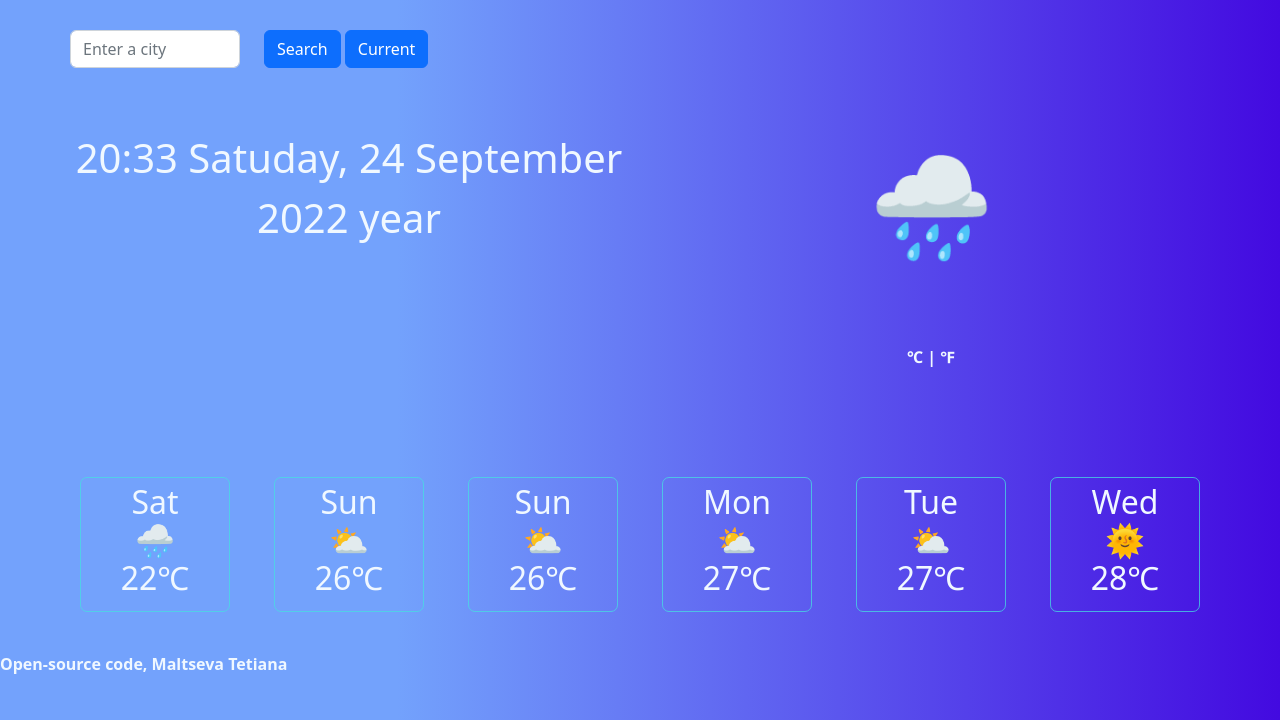
Repository: TetianaMaltseva/weather-maltseva
Page: index.html
The author's editor kept a copy of each file at every save. The page is drawn from the files as they stood at one save, then again after the next save.
The browser window is 1280 px wide. The pictures show the whole page.
The page's requests for data from a server got no answer.

Above is the page before, as saved 2022-10-02 16:47:47.
Console error (its wording comes from the project's code and is left out).

### index.html
<!DOCTYPE html>
<html lang="en">
  <head>
    <meta charset="UTF-8" />
    <meta http-equiv="X-UA-Compatible" content="IE=edge" />
    <meta name="viewport" content="width=device-width, initial-scale=1.0" />
    <script src="https://unpkg.com/axios/dist/axios.min.js"></script>
    <title>Weather</title>
    <link
      href="https://cdn.jsdelivr.net/npm/bootstrap@5.2.0/dist/css/bootstrap.min.css"
      rel="stylesheet"
      integrity="sha384-gH2yIJqKdNHPEq0n4Mqa/HGKIhSkIHeL5AyhkYV8i59U5AR6csBvApHHNl/vI1Bx"
      crossorigin="anonymous"
    />
    <link rel="stylesheet" href="style.css" />
  </head>
  <body>
<section class="header">
    <div class="container">
        <div class="row">
            <div class="col-xl-4">
                <form class="feedback_form" id="form_city">
                    <div class="row">
                        <div class="col-6">
                            <div class="text_city">
                                <input type="text" class="form-control" id="input_city" placeholder="Enter a city"  aria-label="Input group example" aria-describedby="btnGroupAddon">
                             </div>
                        </div>
                        <div class="col-6">
                             <div class="button_city">
                                 <input class="btn btn-primary" type="submit" value="Search">
                                 <button type="button" class="btn btn-primary" id="geolocation">Current</button>
                            </div>
                        </div>
                </div>
                </form>
                <div class="button_geolocation">


               </div>
            </div>
            <div class="col-xl-8"></div>
        </div>
    </div>
</section>
<section class="main">
    <div class="container">
        <div class="row">
            <div class="col-6">
                <div class="weather">
                    <div id="current_town"></div>
                    <div id="current_date"></div>
                </div>
            </div>
            <div class="col-6">
                <div class="current_weather">
                    <div class="emoji" id="emoji">🌧</div>
                    <div class="number" id="num"></div>
                     <span id="temperature" class="temperature"></span>
                     <a href="#"id="sels">℃</a> |
                     <a href="#" id="fahr">℉</a>
                    <p id="description">
                    </p>
                </div>
            </div>
        </div>
    </div>
</section>
<section class="footer">
    <div class="container">
        <div class="row">
            <div class="col-2">
                <div class="sat">
                    <h2>
                      Sat <br />
                      🌧<br />
                      22℃
                    </h2>
                </div>
            </div>
            <div class="col-2">
                <div class="sun">
                    <h2>
                      Sun <br />
                      ⛅ <br />
                      26℃
                    </h2>
                  </div>
            </div>
            <div class="col-2">
                <div class="sun">
                    <h2>
                      Sun <br />
                      ⛅ <br />
                      26℃
                    </h2>
                </div>
            </div>
            <div class="col-2">
                <div class="mon">
                    <h2>
                      Mon <br />
                      ⛅ <br />
                      27℃
                    </h2>
                </div>
            </div>
            <div class="col-2">
                <div class="tue">
                    <h2>
                      Tue <br />
                      ⛅ <br />
                      27℃
                    </h2>
                </div>
            </div>
            <div class="col-2">
                <div class="wed">
                    <h2>
                      Wed <br />
                      🌞 <br />
                      28℃
                    </h2>
                </div>
            </div>
        </div>
    </div>
</section>
<section class="link">
   <div>
    <a href="https://github.com/TetianaMaltseva/weather-maltseva.git">Open-source code,</a>
   Maltseva Tetiana</div>
</section>
    <script src="appw.js" defer></script>
</body>
</html>

### style.css
body{
    background: linear-gradient(90deg, rgb(115, 162, 252) 31%, rgb(67, 10, 224) 100%);
    color: #f0f8ff;
    font-weight: bold;

}
a{
    text-decoration: none;
    color: #f0f8ff;
}
.container{
    padding: 30px 0 30px 0;
}
.weather,.current_weather {
    text-align: center;
}
#current_town,.emoji{
    font-size: 100px;
}
.number,.temperature,.fahrenheit{
    display: inline;
    font-size: 75px;
    font-weight: 200;
}
#current_date{
    font-size: 40px;
    font-weight: 200;
}

.submit {
    border: 1px solid rgba(71, 81, 226, 0.74);
    color: blue;
    transition: all 3ms ease-in-out;
  }
  .submit:hover {
    border: 2px solid blue;
    color: rgb(3, 3, 109);
  }
  .sat,.sun,.mon, .tue,.wed {
    text-align: center;
    padding: 5px;
    margin: 10px;
    border: 1px solid rgba(71, 221, 226, 0.74);
    border-radius: 7px;
  }
  .link{
    text-align: left;
  }

### appw.js
let now = new Date();
let days = [
    'Sunday',
    'Monday',
    'Tuesday',
    'Wednesday',
    'Thursday',
    'Friday',
    'Satuday']
let day = days[now.getUTCDay()];
let date = now.getDate();
let months = [
    'January',
    'February',
    'March',
    'April',
    'May',
    'June',
    'July',
    'August',
    'September',
    'October',
    'November',
    'December']
let month = months[now.getUTCMonth()];
let year = now.getFullYear();
let hours = now.getUTCHours();
let minutes = now.getUTCMinutes();

hours = (hours < 10) ? '0' + hours : hours;
minutes = (minutes < 10) ? '0' + minutes : minutes;

let currentDate = document.querySelector("#current_date");
currentDate.innerHTML = ` ${hours}:${minutes} ${day}, ${date} ${month} ${year} year `; //  пятница, 2 сентября


function showWeather(response){
    //  console.log(response.data);
    temperatureCelsius = response.data.main.temp;

    document.querySelector("#current_town").innerHTML = response.data.name;
    document.querySelector('#temperature').innerHTML = Math.round(response.data.main.temp);
    document.querySelector('#description').innerHTML = response.data.weather[0].description;
  //  document.querySelector('#emoji').setAttributesetAttribute("src", `http://openweathermap.org/img/wn/${response.data.weather[0].icon}@2x.png`);

    getForecast(response.data.coord);
    }
    function getForecast(coordinates) {
      console.log(coordinates);
      let units = 'metric';
      let apiKey = '4edb0a7a27b92eb939536e22c879746a';
      let apiUrl = `https://api.openweathermap.org/data/2.5/onecall?lat=${coordinates.lat}&lon=${coordinates.lon}&appid=${apiKey}&units=${units}`;
      axios.get(apiUrl).then(displayForecast);
  }

    function searchCity(city) {
      let units = "metric";
      let apiKey = '4edb0a7a27b92eb939536e22c879746a';
      let apiUrl = `https://api.openweathermap.org/data/2.5/weather?q=${city}&appid=${apiKey}&units=${units}`;
      axios.get(apiUrl).then(showWeather);
  }
  function showCity(event) {
    event.preventDefault();
    let city = document.querySelector("#input_city").value;
    searchCity(city);
   }

     let form = document.querySelector("#form_city");
     form.addEventListener("submit", showCity);

     searchCity('Berlin');


     // geolocation

  function showLocation(position) {
    let currentLatitude = position.coords.latitude;
    let currentLongitude = position.coords.longitude;
    let units = "metric";
    let apiKey = '4edb0a7a27b92eb939536e22c879746a';
    let apiUrl = `https://api.openweathermap.org/data/2.5/weather?lat=${currentLatitude}&lon=${currentLongitude}&appid=${apiKey}&units=${units}`;
    axios.get(apiUrl).then(showWeather);
  }
  function getCurrentLocation(event) {
      event.preventDefault();
      navigator.geolocation.getCurrentPosition(showLocation);
  }
  let currentLocationButton = document.querySelector('#geolocation');
  currentLocationButton.addEventListener('click', getCurrentLocation);

After the next save:
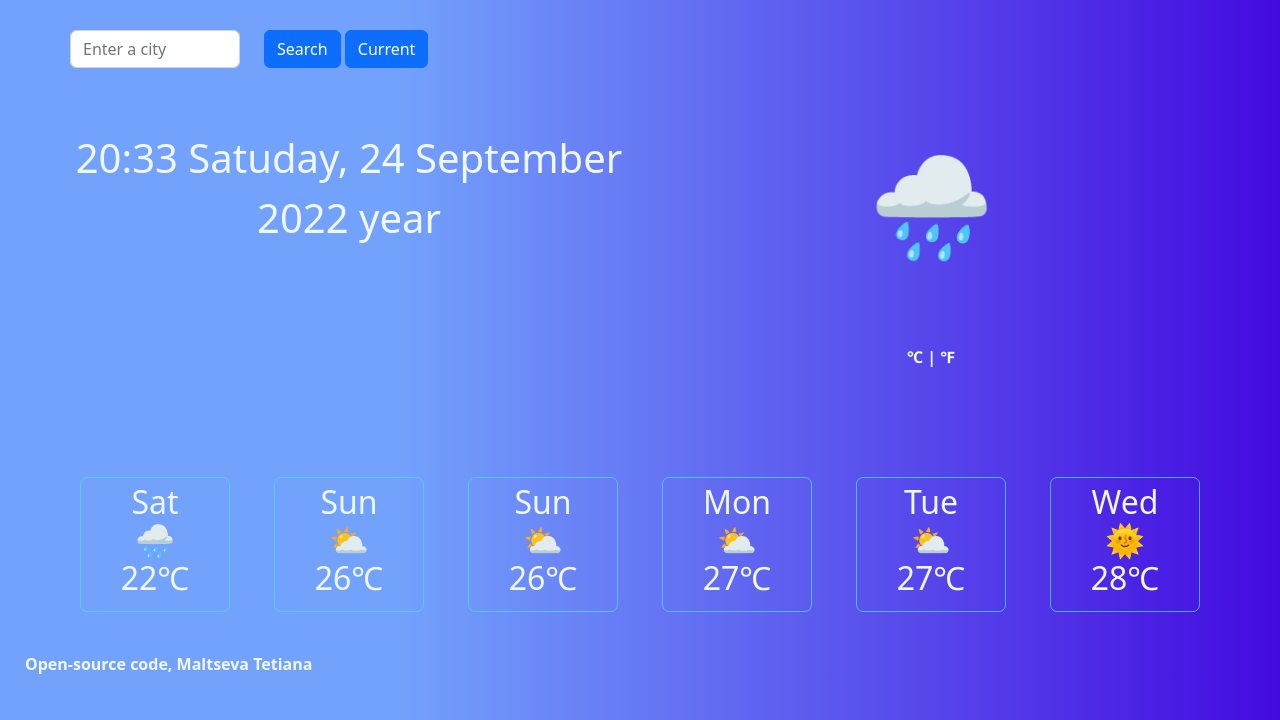
Saved 26 s later.
--- a/style.css
+++ b/style.css
@@ -45,4 +45,5 @@ a{
   }
   .link{
     text-align: left;
+    margin-left: 25px;
   }
